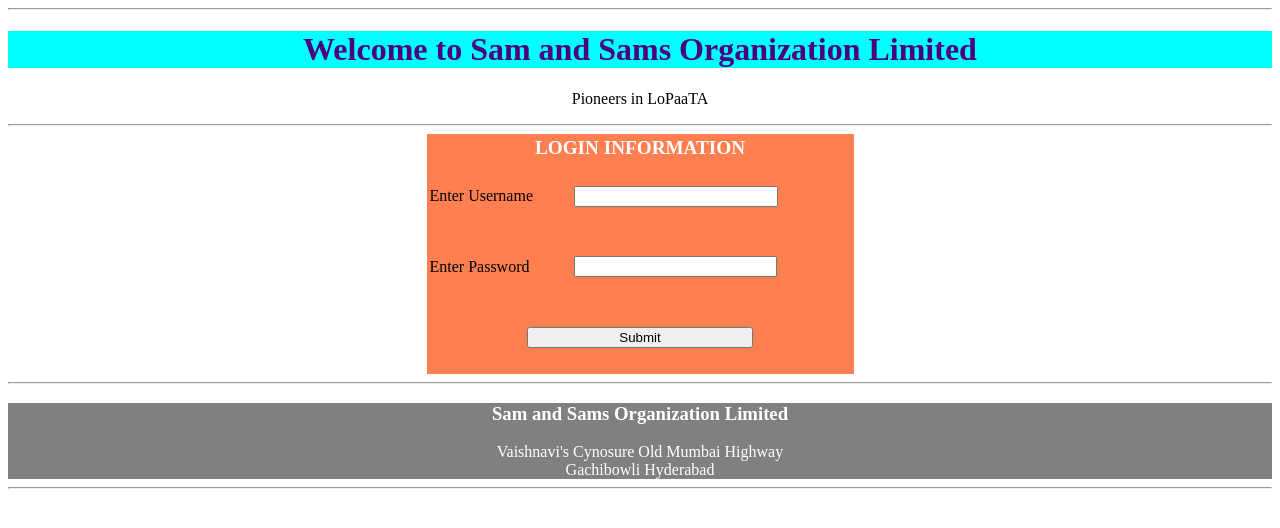
Repository: somnath0796/DeveloperMaterials
Page: http://localhost/JspApp/login.jsp
These files come from the project's save history. The page is drawn as it stood at one moment and after the next save; the edit follows.
The browser window is 1280 px wide. The pictures show the whole page.
The page is served by Tomcat 9. Other server files are loaded and not shown.

Above is the page before, as saved 2018-02-02 06:50:47.

### JspApp/WebContent/login.jsp
<%@ page language="java" contentType="text/html; charset=ISO-8859-1"
    pageEncoding="ISO-8859-1"%>
<!DOCTYPE html PUBLIC "-//W3C//DTD HTML 4.01 Transitional//EN" "http://www.w3.org/TR/html4/loose.dtd">
<html>
<head>
<meta http-equiv="Content-Type" content="text/html; charset=ISO-8859-1">
<title>Login</title>
</head>
<body>
	<%@ include file="header.jsp"%>

	 <form method="post" action="Processer">
	 	<center>
		<table style="background-color: Coral; height: 240px; width: 427px">
			<thead>
				<tr>
					<th colspan="2" style="color: White; "><center> <b><big>LOGIN INFORMATION</big></b></center></th>
				</tr>
			</thead>
			<tr>
			<td>Enter Username</td> <td> <input type="text" name = "userName" style="width: 196px; "></td>
		</tr>
		<tr>
			<td>Enter Password</td> <td> <input type="password" name = "password" style="width: 195px; "></td>
		</tr>
		<tr>
			<td colspan="2" align="center"><input type="submit" value = "Submit" style="width: 226px; "></td>
		</tr>
		</table>
		</center>
	</form>
	<%@ include file="footer.jsp"%>
</body>
</html>

### JspApp/WebContent/header.jsp
<hr style="color:Red">
<center>
<h1 style="color: Indigo; background-color: cyan;"><b> Welcome to Sam and Sams Organization Limited</b></h1>
<p> Pioneers in LoPaaTA</p>
</center>

<hr style="color: Magenta">

### JspApp/WebContent/footer.jsp
<hr>
<center style="background-color: grey; color:white;">
<h3> Sam and Sams Organization Limited </h3>
Vaishnavi's Cynosure Old Mumbai Highway <br/>
Gachibowli Hyderabad<br/>
</center>
<hr>

After the next save:
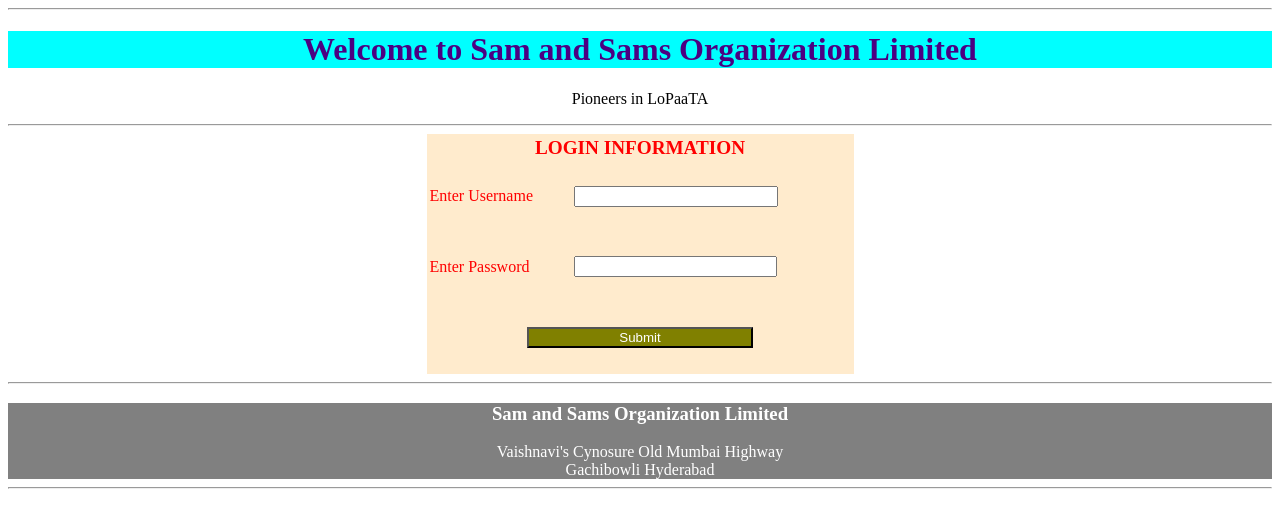
Saved 3 min 53 s later.
--- a/JspApp/WebContent/login.jsp
+++ b/JspApp/WebContent/login.jsp
@@ -11,10 +11,10 @@
 
 	 <form method="post" action="Processer">
 	 	<center>
-		<table style="background-color: Coral; height: 240px; width: 427px">
+		<table style="background-color: BlanchedAlmond; height: 240px; width: 427px; color: Red">
 			<thead>
 				<tr>
-					<th colspan="2" style="color: White; "><center> <b><big>LOGIN INFORMATION</big></b></center></th>
+					<th colspan="2" style="color: White; "><center style="color: Red; "> <b><big>LOGIN INFORMATION</big></b></center></th>
 				</tr>
 			</thead>
 			<tr>
@@ -24,7 +24,7 @@
 			<td>Enter Password</td> <td> <input type="password" name = "password" style="width: 195px; "></td>
 		</tr>
 		<tr>
-			<td colspan="2" align="center"><input type="submit" value = "Submit" style="width: 226px; "></td>
+			<td colspan="2" align="center"><input type="submit" value = "Submit" style="width: 226px; background-color: Olive; color: White"></td>
 		</tr>
 		</table>
 		</center>
